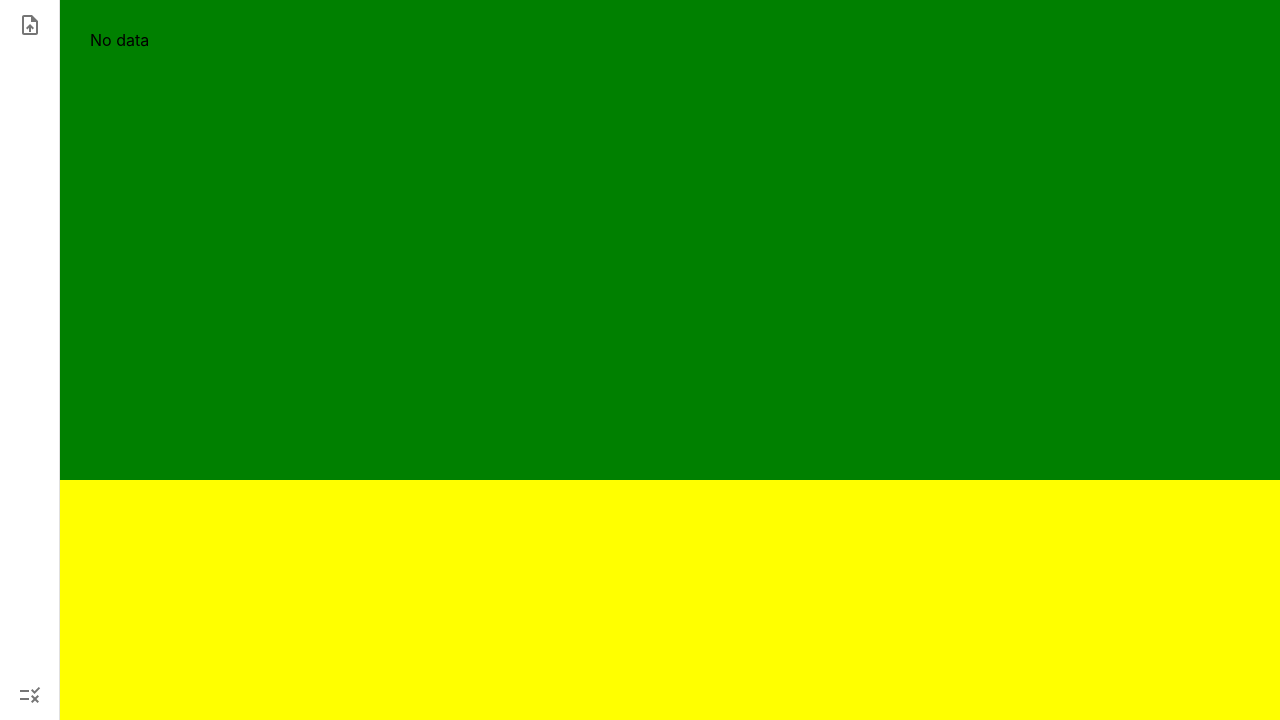
Repository: imark00/sbolInsight_frontend
Page: /
The author's editor kept a copy of each file at every save. The page is drawn from the files as they stood at one save, then again after the next save.
The browser window is 1280 px wide. The pictures show the whole page.
The project was rebuilt for these pictures with package versions that can differ from the ones it lists, and the page was loaded fresh each time. Also part of the build but not shown: src/App.css.

Above is the page before, as saved 2024-08-19 11:15:04.

After the next save:
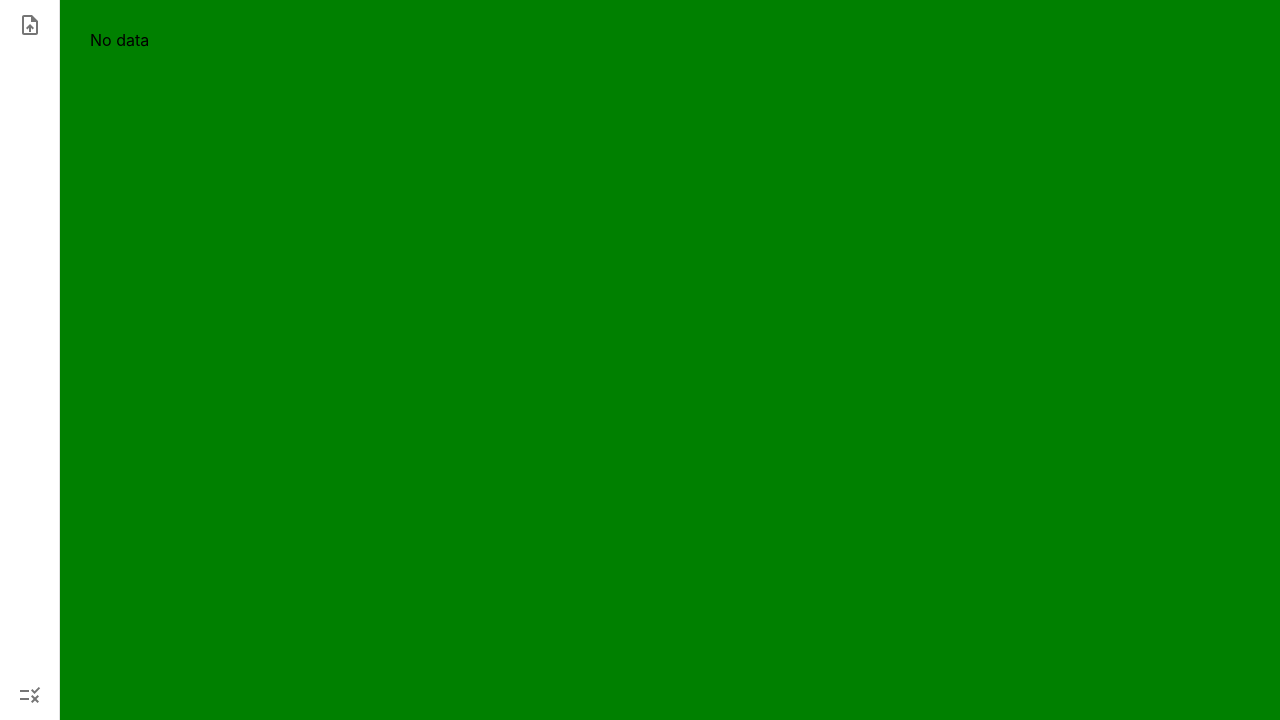
Saved 99 s later.
--- a/src/sbolInsight.js
+++ b/src/sbolInsight.js
@@ -16,8 +16,8 @@ const drawerWidth = 60
 
 const SBOLInsightPage = () => {
 
-    let openValidationModal = false;
-    const [openVModal, setOpenVModal] = useState(openValidationModal);
+
+    const [openVModal, setOpenVModal] = useState(false);
 
     const [testData, setTestData] = useState('');
 
@@ -156,15 +156,17 @@ const SBOLInsightPage = () => {
                 </Box>
 
                 {/* Validation results view */}
-                <Box
-                    sx={{
-                        height: '180px',
-                        background: 'yellow',
-                        padding: '30px',
-                    }}
-                >
-
-                </Box>
+                {openVModal ?
+                    <Box
+                        sx={{
+                            height: '180px',
+                            background: 'yellow',
+                            padding: '30px',
+                        }}
+                    >
+
+                    </Box> : null}
+
             </Box>
 
 
